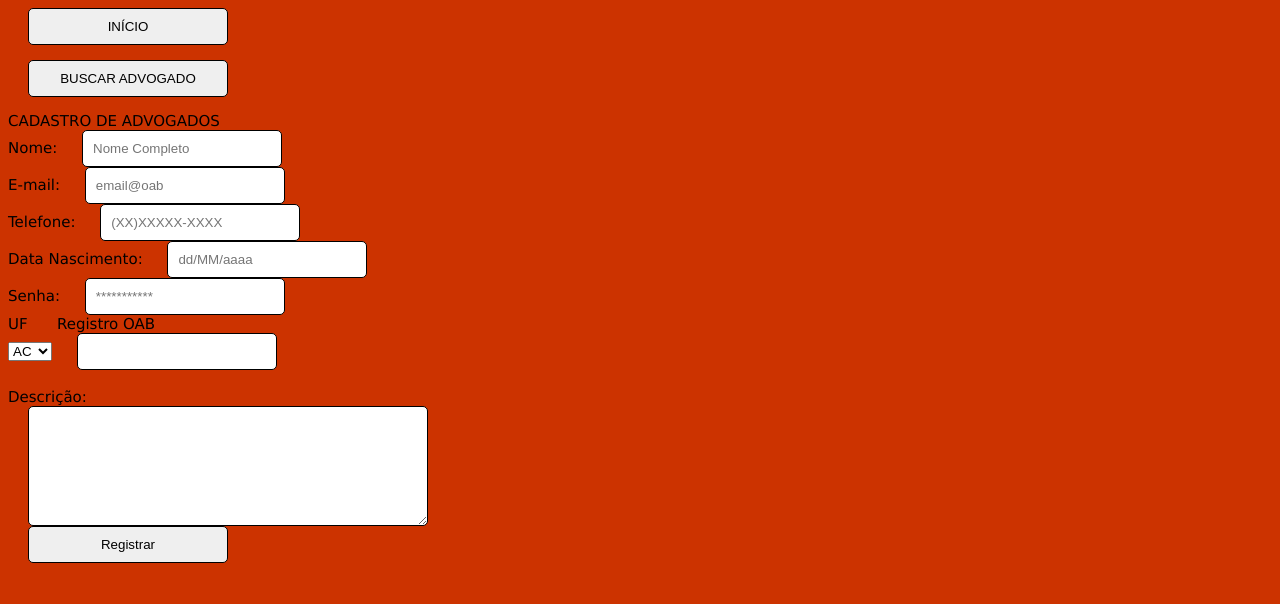
Repository: Natan16/CRUDJUSTTO
Page: http://localhost/CRUDJUSTTOWEB/adiciona-advogado.jsp
An editor plug-in stored every save of this project. The page is shown before and after the next save, followed by the edit.
The browser window is 1280 px wide. The pictures show the whole page.
The page is served by Tomcat 9. Other server files are loaded and not shown.

Above is the page before, as saved 2019-09-01 02:55:08.

### CRUDJUSTTOWEB/WebContent/adiciona-advogado.jsp
<%@ page import="utils.Listagens,
				 java.util.List,
                  dao.*,
                  model.*" %>

<html>
	<head>
		<link href="Estilo.css" rel="stylesheet" media="all" />
	</head>
     <body>

     	<form action="index.html" method="post">
			<input type="submit" value="INÍCIO" >
		</form>

		<form action="consulta-advogado.jsp" method="post">
			<input type="submit" value="BUSCAR ADVOGADO" >
		</form>
          CADASTRO DE ADVOGADOS <br />
      	<form action="adicionaAdvogado">
           <%--  <%
				boolean modoEditar = true ;
 			%>
		 	<c:if test="${param.ufOAB == null}">
				<%
             		modoEditar = false;
                %>
			</c:if>

			<c:if test="${param.registroOAB == null}">
				<%
					modoEditar = false;
                %>
			</c:if> --%>

			 Nome: <input type="text" name="nome" placeholder="Nome Completo" required/><br />
         	 E-mail: <input type="text" name="email" placeholder="email@oab" required/><br />
             Telefone: <input type="text" name="telefone" placeholder="(XX)XXXXX-XXXX"/><br />
             Data Nascimento: <input type="text" name="dataNascimento" placeholder="dd/MM/aaaa"/><br />
             Senha: <input type="password" name="senha" placeholder="***********" required/><br />

            <%--  <%
             	if(modoEditar){
             		AdvogadoDao dao = new AdvogadoDao();
             	    String ufOAB = %>"${param.ufOAB}"<%	;
             		String registroOAB = %>	${param.registroOAB}"<% ;
             		Advogado advogado = dao.procurarPorRegistro(new RegistroOAB(ufOAB , registroOAB));

             	}
             %>
              --%>

                          UF &nbsp;&emsp; Registro OAB <br />
             <select name="ufOAB">
             	<%
             	List<String> ufs = Listagens.getUfs();
			 	for (String uf : ufs ) {
                %>
                	<option value=<%=uf %>><%=uf%></option>
                <%
                }
                %>
  			 </select>
  			 <input type="text" name="registroOAB" /><br />
  			 <br />

             Descrição: <br />
             <textarea rows = "5" cols = "60" name = "desc"></textarea><br>
             <input   type="submit" value="Registrar" />
             <%--  <%
             	if(modoEditar){

              %>
             		<input   type="submit" value="Atualizar" />
             <%
             	}else {
             %>
             		<input   type="submit" value="Registrar" />
             <%
             	}
             %> --%>
         </form>

     </body>
 </html>

### CRUDJUSTTOWEB/src/utils/Listagens.java
package utils;

import java.util.ArrayList;
import java.util.List;


public class Listagens {
	private static List<String> ufs = new ArrayList<>(
			  List.of("AC","AL","AM","AP","BA","CE","DF","ES","GO","MA","MG","MS","MT","PA","PB","PE","PI",
			"PR","RJ","RN","RO","RR","RS","SC","SE","SP","TO"));

	public static List<String> getUfs() {
		return ufs;
	}

	private static List<Character> tiposDeRegistro = new ArrayList<>(
			  List.of('A', 'B' , 'E' , 'N' , 'P' , 'D'));

	public static List<Character> getTiposDeRegistro() {
		return tiposDeRegistro;
	}

}

### CRUDJUSTTOWEB/WebContent/Estilo.css


form , body{
    font-family: Verdana,Tahoma,sans-serif;
    font-size: 15px;
    background-color: #CC3300;
    max-width: 500px;
}

h1 {
    margin-bottom: 20px;
    margin-left: 20px;
    color: #66FFFF;
    text-shadow: 5px 5px 5px black;
}

select {



}

input, textarea {
    width: 200px;
    padding: 10px;
    color: black;
    margin-left: 20px;
    -webkit-border-radius: 5px;
    -moz-border-radius: 5px;
    border: 1px solid;
}

input:hover, textarea:hover, input:focus, textarea:focus {
    border-color: #000066;
    box-shadow: 5px 0px 9px #FFFF00;
    background-color: #66FFFF;
    color: black;
    font-weight: bold;
}

.submit input {
    background-color: #66FFFF;
    height: 40px;
    width: 100px;
    font-weight: bold;
    border-radius: 5px;
    -webkit-border-radius: 5px;
    -moz-border-radius: 5px;
    border: 1px solid;
    color: black;
}

textarea {
    width: 400px;
    height: 120px;
    line-height: 20px;
    max-width: 400px;
}

form label {
    margin-left: 20px;
    color: #FFFFFF;
    font-weight: bold;
}

After the next save:
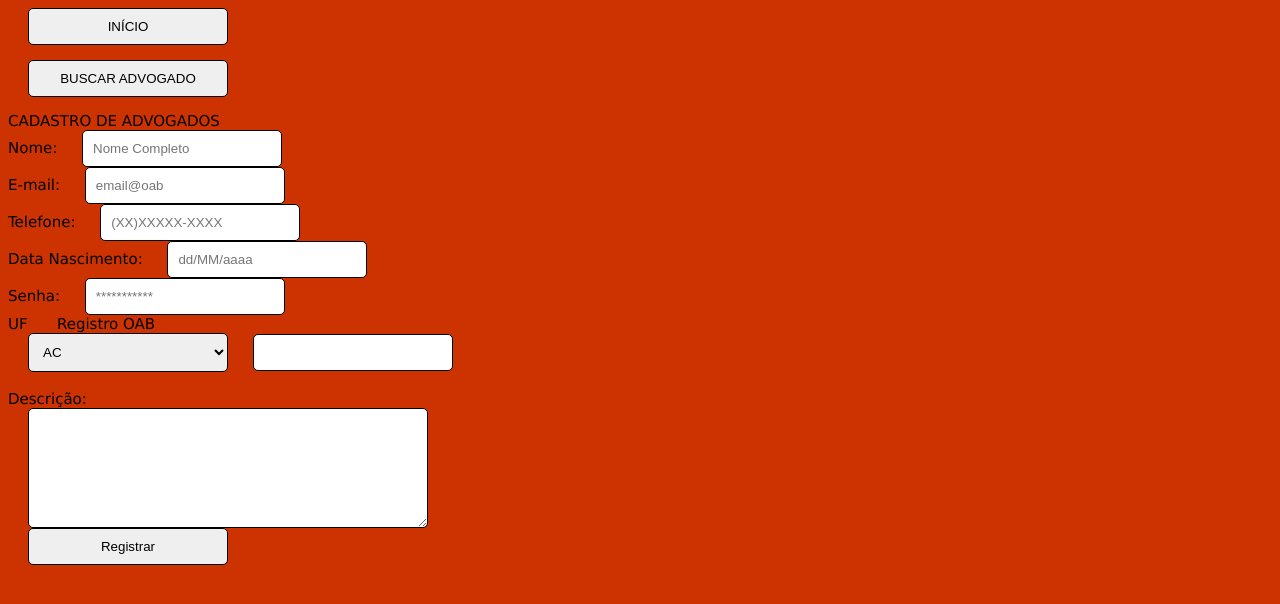
Saved 11 s later.
--- a/CRUDJUSTTOWEB/WebContent/Estilo.css
+++ b/CRUDJUSTTOWEB/WebContent/Estilo.css
@@ -15,9 +15,13 @@ h1 {
 }
 
 select {
-
-
-
+	width: 200px;
+    padding: 10px;
+    color: black;
+    margin-left: 20px;
+    -webkit-border-radius: 5px;
+    -moz-border-radius: 5px;
+    border: 1px solid;
 }
 
 input, textarea {
